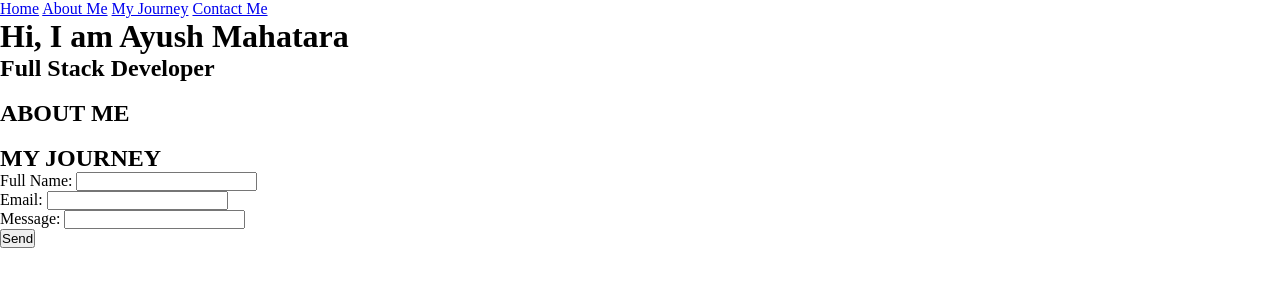
Repository: AyushMahatara/personal-website
Page: New folder/index.html
These files come from the project's save history. The page is drawn as it stood at one moment and after the next save; the edit follows.
The browser window is 1280 px wide. The pictures show the whole page.

Above is the page before, as saved 2023-07-19 22:28:30.

After the next save:
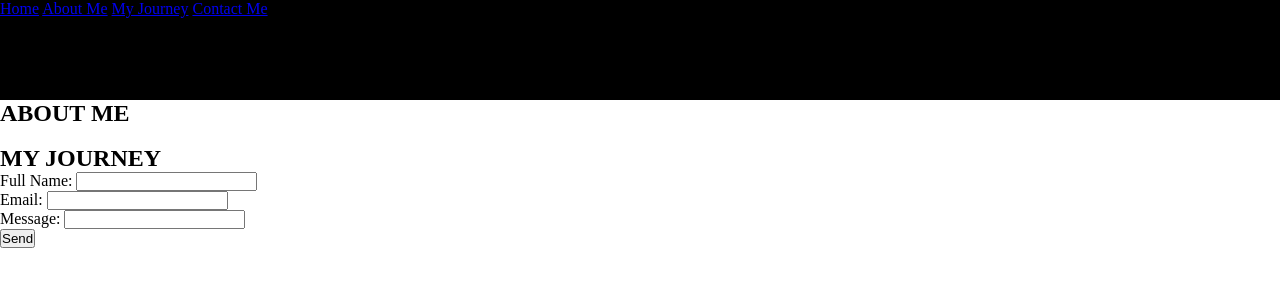
Saved 23 s later.
--- a/New folder/index.html
+++ b/New folder/index.html
@@ -10,6 +10,9 @@
     * {
       margin: 0;
       padding: 0;
+    }
+    .first {
+      background-color: black;
     }
   </style>
   <body>
